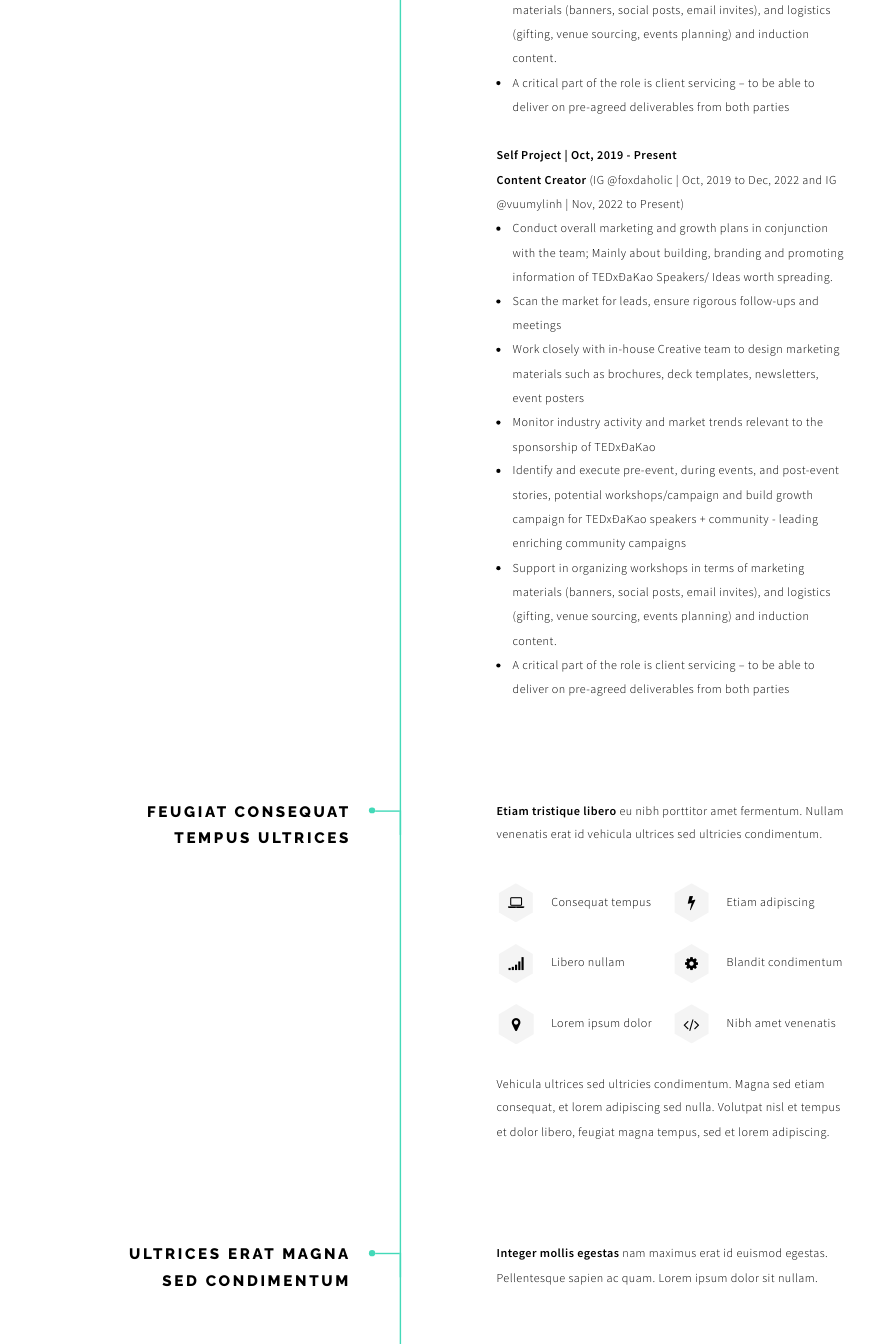
Repository: leonardin999/linh-porfolios
Page: index.html
The author's editor kept a copy of each file at every save. The page is drawn from the files as they stood at one save, then again after the next save.
The browser window is 1280 px wide. The pictures show the part of the page from y = 2144 to 4064 px (the page is 8225 px tall before and 7843 px after), at 70% of full size.

Above is the page before, as saved 2023-01-24 10:22:16.

After the next save:
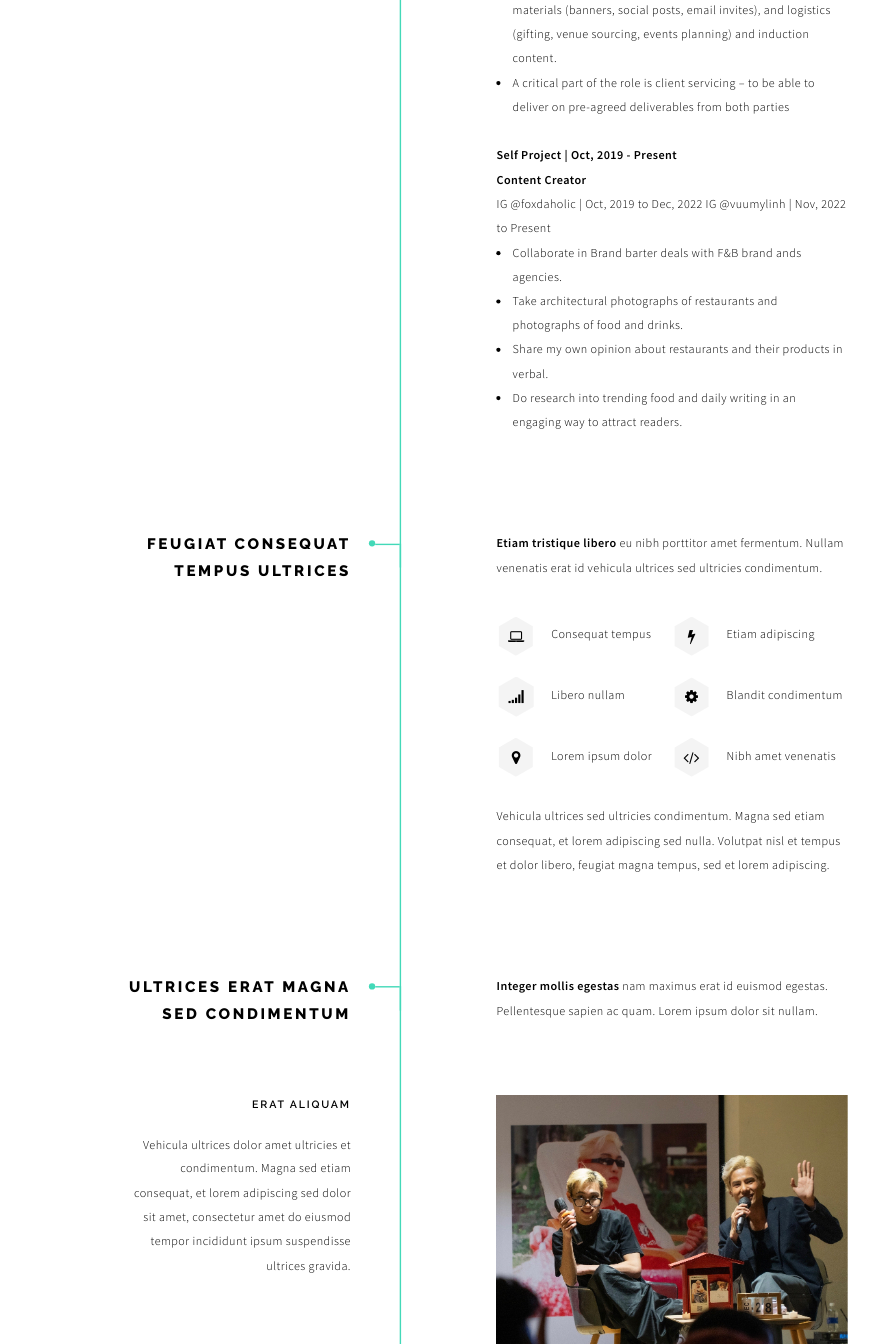
Saved 3 min 59 s later.
--- a/index.html
+++ b/index.html
@@ -73,16 +73,18 @@
               <li class="">A critical part of the role is client servicing – to be able to deliver on pre-agreed deliverables from both parties</li>
             </ul>
 
+
             <strong>Self Project | Oct, 2019 - Present</strong>
-            <br><strong>Content Creator</strong> (IG @foxdaholic | Oct, 2019 to Dec, 2022 and IG @vuumylinh  | Nov, 2022 to Present)</br>
+            <br><strong>Content Creator</strong></br>
+            <div>
+              <span>IG @foxdaholic | Oct, 2019 to Dec, 2022</span>
+              <span>IG @vuumylinh  | Nov, 2022 to Present</span>
+            </div>
             <ul class="">
-              <li class="">Conduct overall marketing and growth plans in conjunction with the team; Mainly about building, branding and promoting information of TEDxĐaKao Speakers/ Ideas worth spreading.</li>
-              <li class="">Scan the market for leads, ensure rigorous follow-ups and meetings</li>
-              <li class="">Work closely with in-house Creative team to design marketing materials such as brochures, deck templates, newsletters, event posters</li>
-              <li class="">Monitor industry activity and market trends relevant to the sponsorship of TEDxĐaKao</li>
-              <li class="">Identify and execute pre-event, during events, and post-event stories, potential workshops/campaign and build growth campaign for TEDxĐaKao speakers + community - leading enriching community campaigns</li>
-              <li class="">Support in organizing workshops in terms of marketing materials (banners, social posts, email invites), and logistics (gifting, venue sourcing, events planning) and induction content.</li>
-              <li class="">A critical part of the role is client servicing – to be able to deliver on pre-agreed deliverables from both parties</li>
+              <li class="">Collaborate in Brand barter deals with F&B brand ands agencies.</li>
+              <li class="">Take architectural photographs of restaurants and photographs of food and drinks.</li>
+              <li class="">Share my own opinion about restaurants and their products in verbal.</li>
+              <li class="">Do research into trending food and daily writing in an engaging way to attract readers.</li>
             </ul>
           </p>
         </div>
